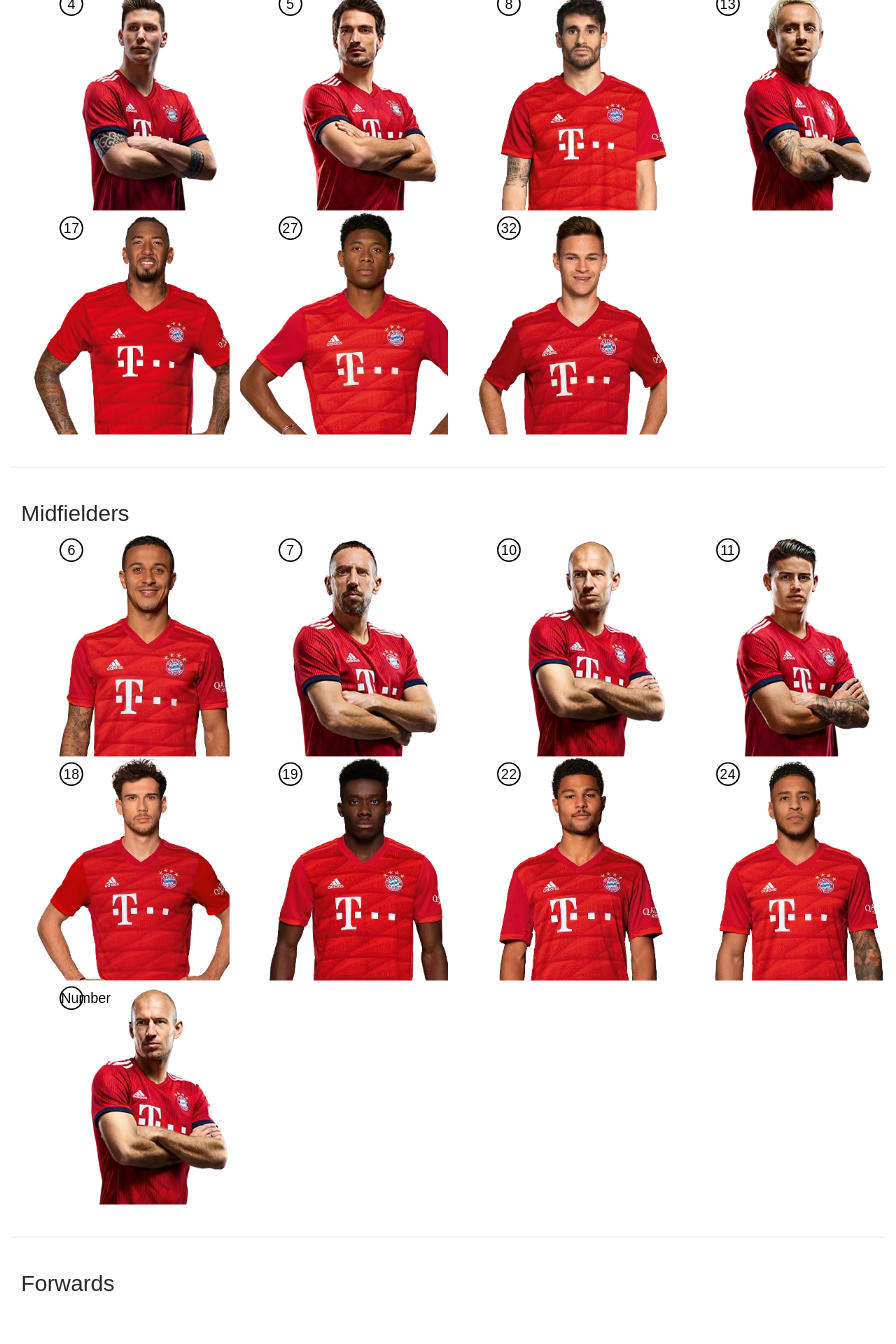
Repository: Code-Institute-Submissions/alnibo-milestone-project-1
Page: team.html
The author's editor kept a record of every edit. The page is drawn from the files as they stood at one moment, then again after the next edit.
The browser window is 1280 px wide. The pictures show the part of the page from y = 1357 to 3277 px (the page is 3277 px tall), at 70% of full size.
Some web fonts or font styles are not loaded; a fallback is used.

Above is the page before.

After the next edit:
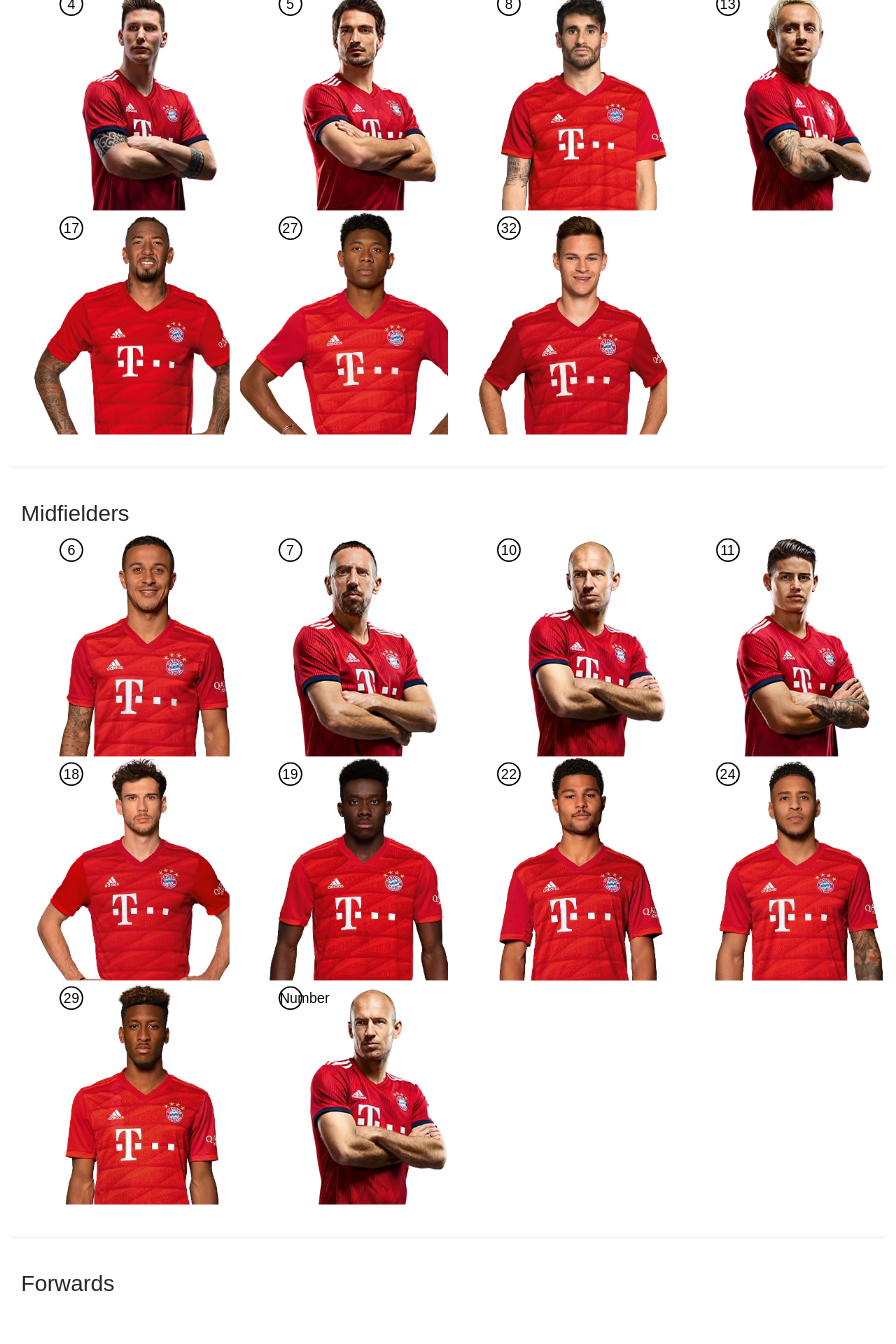
The edit:
--- a/team.html
+++ b/team.html
@@ -215,6 +215,13 @@
             </div>
 
             <div class="col-12 col-sm-6 col-md-4 col-lg-3 player-pic">
+                <img src="assets/images/29kingsleycoman.jpg">
+                <div class="text-centered1">Kingsley Coman</div>
+                <div class="text-centered2">13.06.1996</div>
+                <div class="shirt-number">29</div>
+            </div>
+
+            <div class="col-12 col-sm-6 col-md-4 col-lg-3 player-pic">
                 <img src="assets/images/10arjenrobben.jpg">
                 <div class="text-centered1">Name</div>
                 <div class="text-centered2">Date</div>
